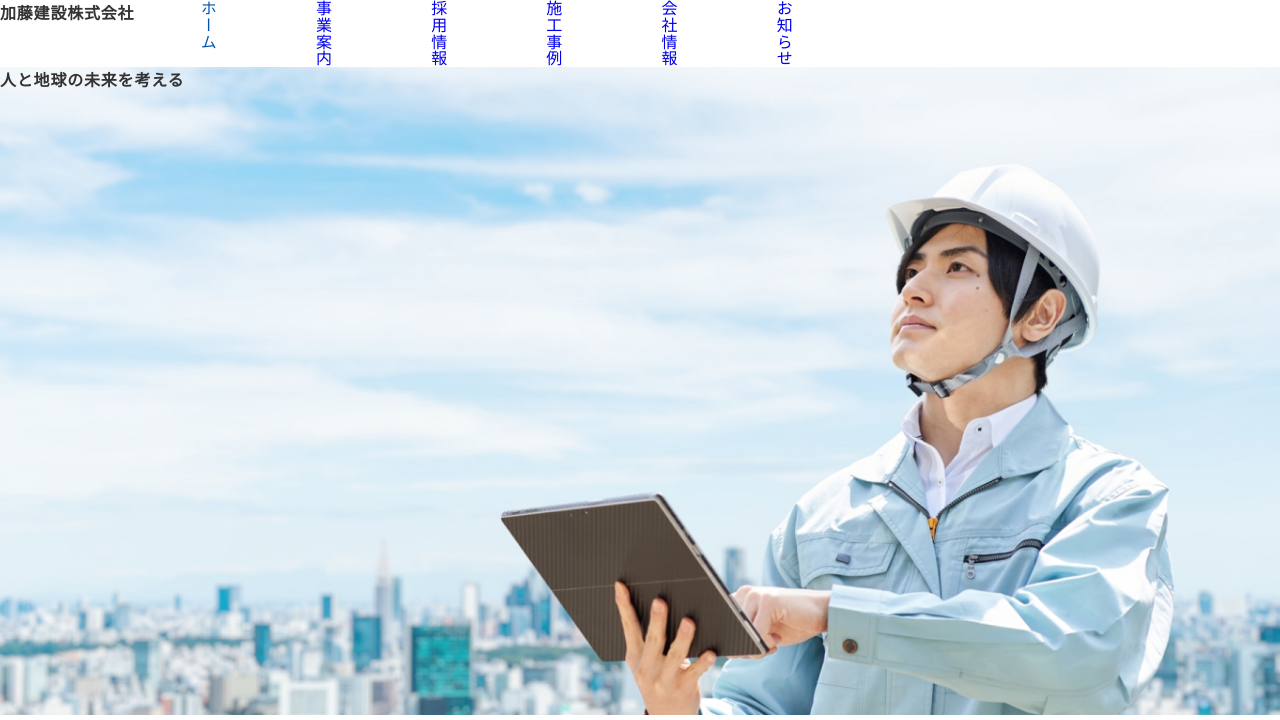
Repository: nozomi-23/hp1_test
Page: index.html
An editor plug-in stored every save of this project. The page is shown before and after a run of saves, followed by the edit.
The browser window is 1280 px wide. The pictures show the whole page.

Above is the page before, as saved 2022-06-12 09:40:48.

### index.html
<!DOCTYPE html>
<html lang="ja">
<head>
<meta charset="UTF-8">
<title>加藤建設 株式会社</title>
<meta name="description" content="人と地球の未来を考える 加藤建設 株式会社">
<meta name="keywords" content="建築,土木,インフラ">
<meta name="viewport" content="width=device-width, initial-scale=1.0">
<meta property="og:title" content="建築依頼なら「加藤建設 株式会社」">
<meta property="og:type" content="article">
<meta property="og:url" content="https://withcode-plus.tech">
<meta property="og:image" content="img/logo.png">
<meta property="og:description" content="確かな技術力が自慢、インフラから地域貢献まで加藤建設にお任せ下さい">
<meta property="og:site_name" content="加藤建設 株式会社">
<link rel="icon" href="img/favicon.ico">
<link rel="apple-touch-icon" sizes="180x180" href="img/logo.png">
<link rel="stylesheet" type="text/css" href="css/reset.css">
<link rel="stylesheet" type="text/css" href="css/common1.css">
<link rel="stylesheet" type="text/css" href="css/index.css">
</head>
<body>
  <!-- =========header -->
  <header>
    <div class="header_wrapper">
      <div class="header_inner">
        <h1 class="header_left">加藤建設株式会社</h1>
        <nav class="header_right" >
          <ul class="header_list">
            <li><a href="#" class="color">ホーム</a></li>
            <li><a href="html/business.html">事業案内</a></li>
            <li><a href="html/recruit.html">採用情報</a></li>
            <li><a href="html/work.html">施工事例</a></li>
            <li><a href="html/company.html">会社情報</a></li>
            <li><a href="html/news.html">お知らせ</a></li>
          </ul>
        </nav>
      </div>
    </div>
  </header>
  <!-- =========main_view -->
  <main>
    <section class="main_wrapper">
      <div class="main_img">
        <h2>人と地球の未来を考える</h2>
      </div>
    </section>
  </main>
</body>
</html>

### css/reset.css
@charset "UTF-8";

html,
body,
div,
span,
object,
iframe,
h1,
h2,
h3,
h4,
h5,
h6,
p,
blockquote,
pre,
abbr,
address,
cite,
code,
del,
dfn,
em,
img,
ins,
kbd,
q,
samp,
small,
strong,
sub,
sup,
var,
b,
i,
dl,
dt,
dd,
ol,
ul,
li,
fieldset,
form,
label,
legend,
table,
caption,
tbody,
tfoot,
thead,
tr,
th,
td,
article,
aside,
canvas,
details,
figcaption,
figure,
footer,
header,
hgroup,
menu,
nav,
section,
summary,
time,
mark,
audio,
video {
  margin: 0;
  padding: 0;
  border: 0;
  outline: 0;
  font-size: 100%;
  vertical-align: baseline;
  background: transparent;
}

body {
  line-height: 1;
}

article,
aside,
details,
figcaption,
figure,
footer,
header,
hgroup,
menu,
nav,
section {
  display: block;
}

nav ul {
  list-style: none;
}

blockquote,
q {
  quotes: none;
}

blockquote:before,
blockquote:after,
q:before,
q:after {
  content: '';
  content: none;
}

a {
  margin: 0;
  padding: 0;
  font-size: 100%;
  vertical-align: baseline;
  background: transparent;
}

/* change colours to suit your needs */
ins {
  background-color: #ff9;
  color: #000;
  text-decoration: none;
}

/* change colours to suit your needs */
mark {
  background-color: #ff9;
  color: #000;
  font-style: italic;
  font-weight: bold;
}

del {
  text-decoration: line-through;
}

abbr[title],
dfn[title] {
  border-bottom: 1px dotted;
  cursor: help;
}

table {
  border-collapse: collapse;
  border-spacing: 0;
}

/* change border colour to suit your needs */
hr {
  display: block;
  height: 1px;
  border: 0;
  border-top: 1px solid #cccccc;
  margin: 1em 0;
  padding: 0;
}

input,
select {
  vertical-align: middle;
}

### css/common1.css
@charset "UTF-8";

body {
  color: #333;
  letter-spacing: 0.05em;
  line-height: 1.8;
}
li {
  list-style: none;
}

a {
  text-decoration: none;
}

### css/index.css
@charset "UTF-8";

/* =================
header
===================*/
.header_inner {
  display: flex;

}
.header_list {
  display: table;
}
.header_list li {
  display: table-cell;
  writing-mode: vertical-rl;
}
.color {
  color: #0554B0;
}


/* =================
main_view
===================*/
.main_wrapper {
  background: url(../img/top_img.png)no-repeat center;
  background-size: cover;
  width: 100%;
  height: 90vh;
}

After the next 2 saves:
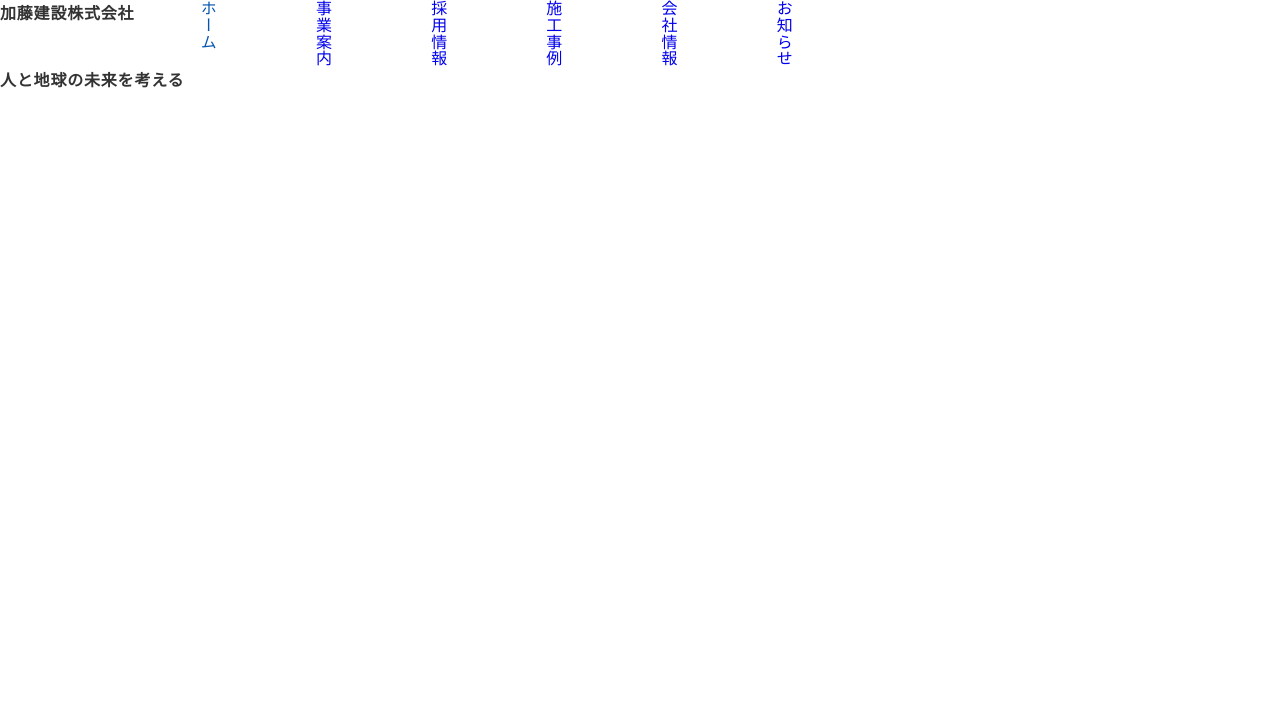
The 2 saves are shown as one change because they came seconds apart.
The last was saved 4 min 49 s later.
--- a/css/index.css
+++ b/css/index.css
@@ -23,7 +23,7 @@
 main_view
 ===================*/
 .main_wrapper {
-  background: url(../img/top_img.png)no-repeat center;
+  background: url(../img/top_img.png)no-repeat center　c;
   background-size: cover;
   width: 100%;
   height: 90vh;

After the save that followed:
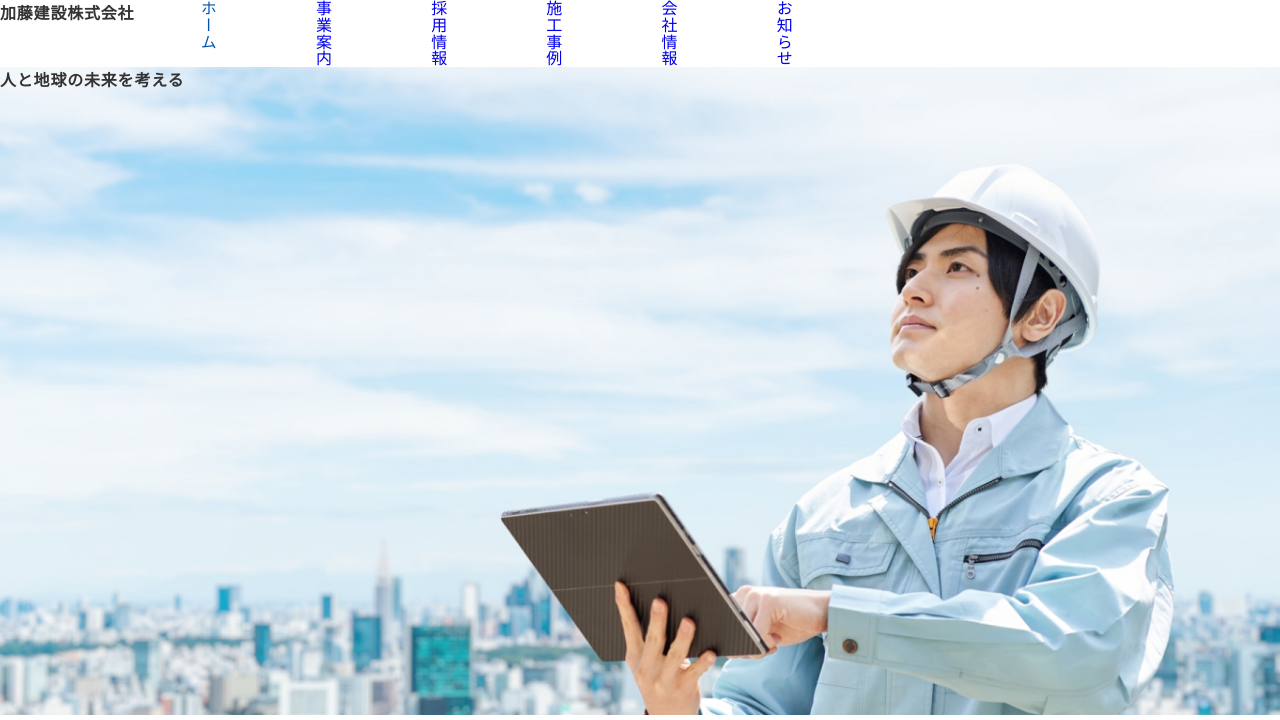
Saved 7 s later.
--- a/css/index.css
+++ b/css/index.css
@@ -23,7 +23,7 @@
 main_view
 ===================*/
 .main_wrapper {
-  background: url(../img/top_img.png)no-repeat center　c;
+  background: url(../img/top_img.png)no-repeat center center;
   background-size: cover;
   width: 100%;
   height: 90vh;
